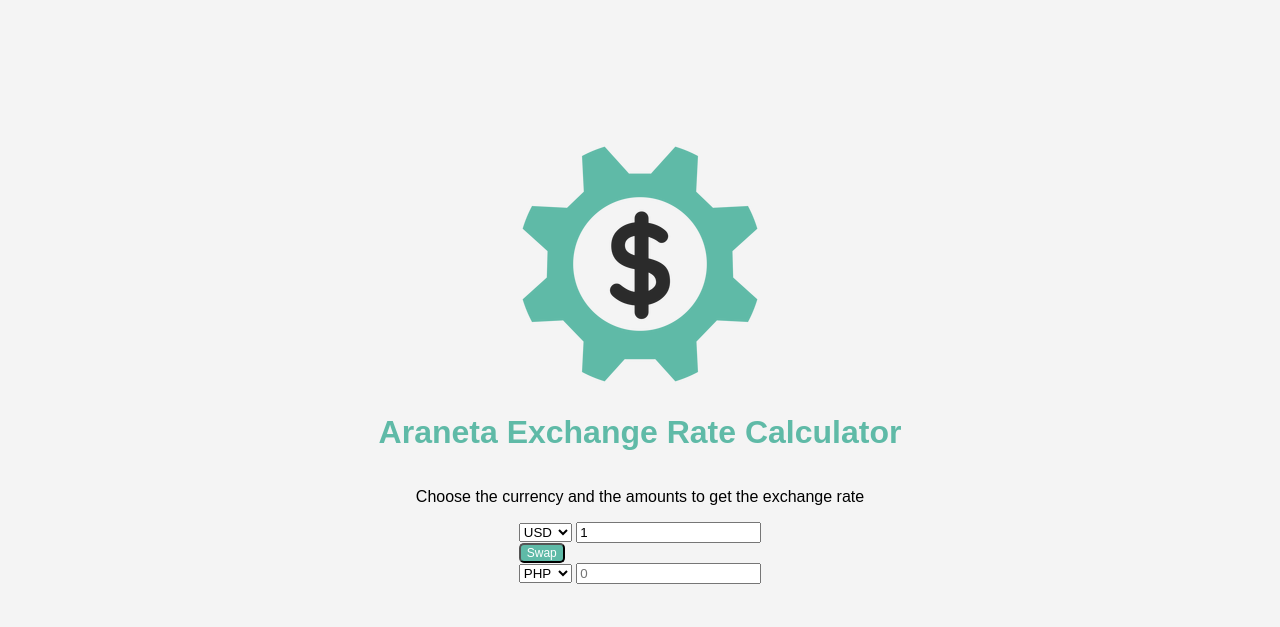
Repository: kenneth1175/ExchangeRateCalculator
Page: index.html
These files come from the project's save history. The page is drawn as it stood at one moment and after the next save; the edit follows.
The browser window is 1280 px wide. The pictures show the whole page.

Above is the page before, as saved 2025-10-03 22:51:18.

After the next save:
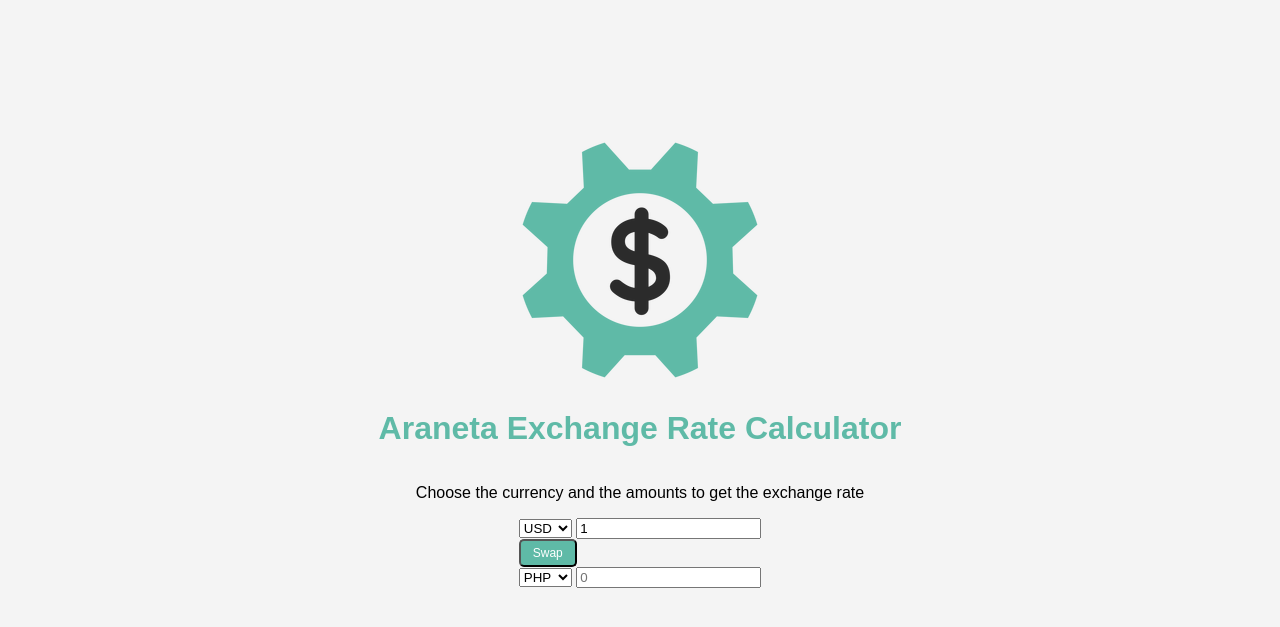
Saved 15 s later.
--- a/style.css
+++ b/style.css
@@ -32,4 +32,5 @@ p {
   cursor: pointer;
   border-radius: 5px;
   font-size: 12px;
+  padding: 5px 12px;
 }
